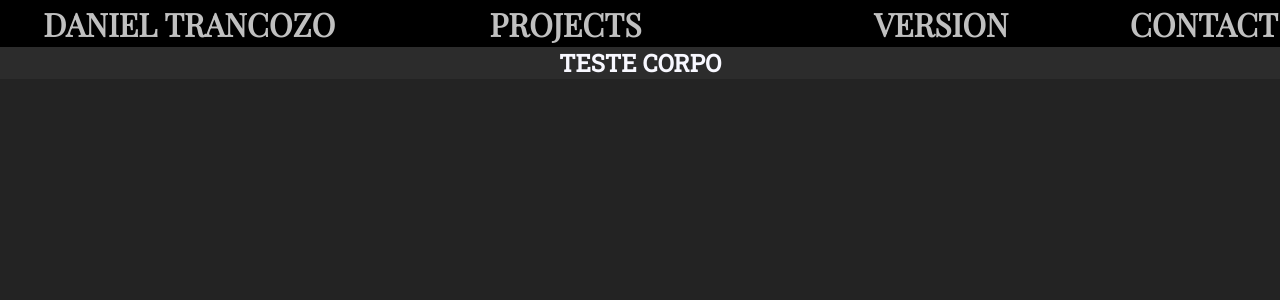
Repository: danieltrancozo/danieltrancozo.github.io
Page: index.html
An editor plug-in stored every save of this project. The page is shown before and after the next save, followed by the edit.
The browser window is 1280 px wide. The pictures show the whole page.

Above is the page before, as saved 2021-05-04 22:38:46.

After the next save:
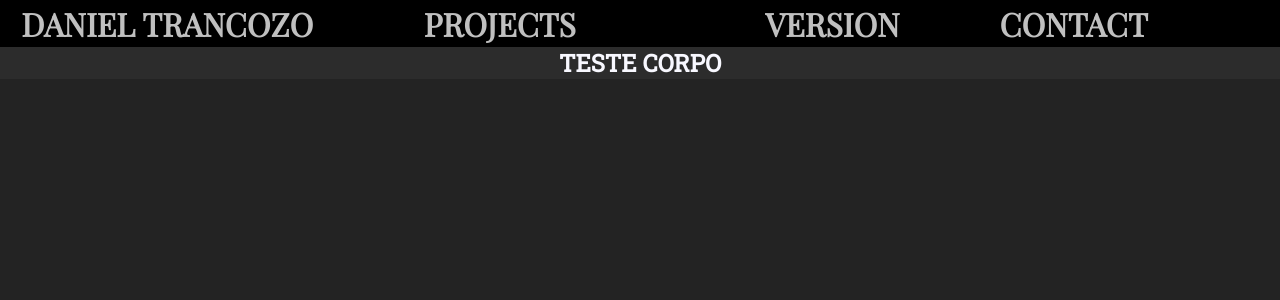
Saved 12 s later.
--- a/css/estilo3.css
+++ b/css/estilo3.css
@@ -37,5 +37,5 @@ body{
     border-color: transparent;
 }
 td{
-    width: 30%;
+    width: 29%;
 }
